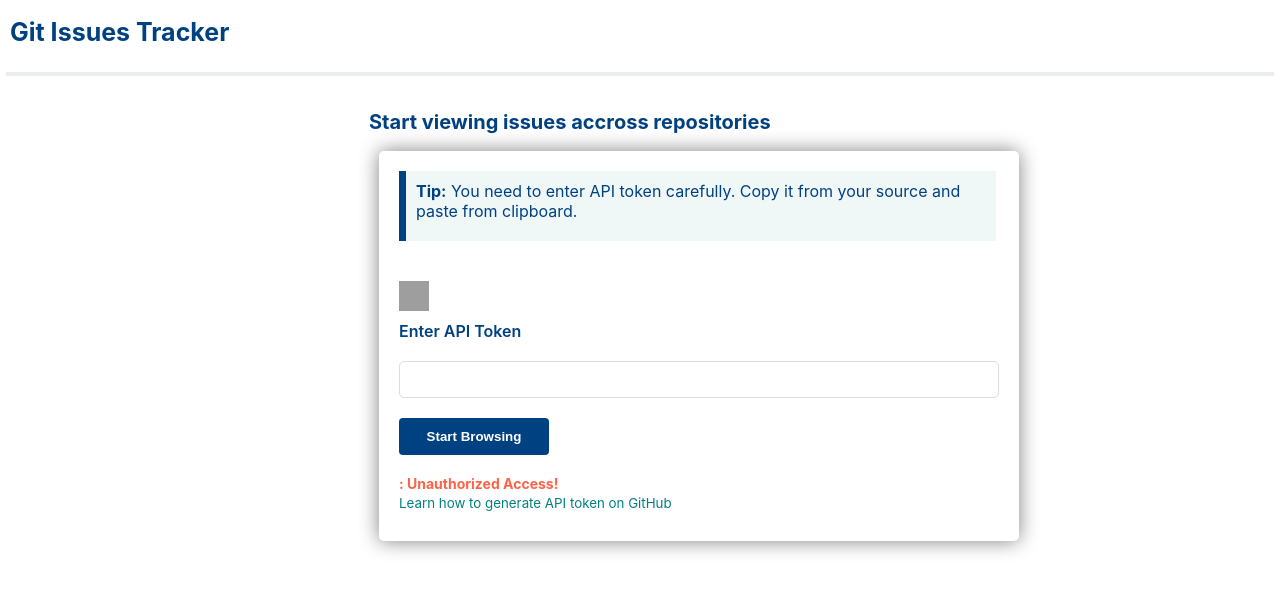
Repository: duzzisantos/github-repos-react-graphql
Page: /
These files come from the project's save history. The page is drawn as it stood at one moment and after the next save; the edit follows.
The browser window is 1280 px wide. The pictures show the whole page.
Pictures or frames that could not be fetched are drawn as grey boxes. The project was rebuilt for these pictures with package versions that can differ from the ones it lists, and the page was loaded fresh each time. Also part of the build but not shown: src/components/table/tables.scss, src/components/table/Filters.tsx, src/components/table/Pagination.tsx, src/components/table/TableComponent.tsx, src/components/table/columnHelpers.ts, src/utilities/funtions.ts, src/pages/Repositories.tsx, src/pages/ViewRepository.tsx.

Above is the page before, as saved 2024-06-17 21:25:12.

### src/index.tsx
import React from "react";
import ReactDOM from "react-dom/client";
import "./index.css";
import App from "./App";
import reportWebVitals from "./reportWebVitals";
import { BrowserRouter } from "react-router-dom";
import { ApolloProvider } from "@apollo/client";
import client from "./api/apolloClient";

const root = ReactDOM.createRoot(
  document.getElementById("root") as HTMLElement
);
root.render(
  <React.StrictMode>
    <BrowserRouter>
      <ApolloProvider client={client}>
        <App />
      </ApolloProvider>
    </BrowserRouter>
  </React.StrictMode>
);

// If you want to start measuring performance in your app, pass a function
// to log results (for example: reportWebVitals(console.log))
// or send to an analytics endpoint. Learn more: https://bit.ly/CRA-vitals
reportWebVitals();

### src/App.tsx
import React from "react";
import "./App.scss";
import "./App.css";
import { Routes, Route } from "react-router-dom";
import StartPage from "./pages/StartPage";
import Repositories from "./pages/Repositories";
import ViewRepository from "./pages/ViewRepository";

function App() {
  return (
    <div className="App">
      <h1>Git Issues Tracker</h1>
      <hr />

      <Routes>
        <Route path="/" element={<StartPage />} />
        <Route path="/start" element={<StartPage />} />
        <Route path="/repositories" element={<Repositories />} />
        <Route path="/owner/repositoryName" element={<ViewRepository />} />
      </Routes>
    </div>
  );
}

export default App;

### src/api/apolloClient.ts
import { ApolloClient, InMemoryCache, createHttpLink } from "@apollo/client";
import { setContext } from "@apollo/client/link/context";

const http = createHttpLink({
  uri: "https://api.github.com/graphql",
});

const auth = setContext((_, { headers }) => {
  const apiToken = "";

  return {
    headers: {
      ...headers,
      authorization: apiToken ? `Bearer ${apiToken}` : "",
    },
  };
});

const client = new ApolloClient({
  link: auth.concat(http),
  cache: new InMemoryCache(),
});

export default client;

### src/App.scss
/* Sass variables declared here: */

$color-dark: #212529;
$color-blue: rgb(0, 65, 130);
$color-teal: teal;
$padding-10: 10px;
$padding-20: $padding-10 * 2;
$padding-40: $padding-20 * 2;
$selected-display: flex;
$row: row;
$column: column;
$mb-20: 20px;
$mb-40: $mb-20 * 2;
$fw-600: 600;
$rounded-box: 5px;
$input-border: 1px solid rgb(221, 221, 221);

/* Main and start page styles*/
.App {
  display: flex;
  flex-direction: column;
}

.container {
  width: 98.8%;
  padding: $padding-10 $padding-10;
  display: flex;
  flex-direction: $column;
  justify-content: center;
  bottom: 0;
  margin-left: auto;
  color: $color-blue;
}

h1 {
  font-size: 25px;
  padding: 0 $padding-10;
  color: $color-blue;
}

h2 {
  font-size: 20px;
}

hr {
  border: 2px solid rgb(236, 238, 238);
  width: 98.8%;
}

form {
  width: 600px;
  height: 350px;
  margin-left: 10px;
  border-radius: $rounded-box;
  box-shadow: 0px 0px 20px gray;
  padding: $padding-20 $padding-20;
}

.form-group {
  display: $selected-display;
  flex-direction: $column;
}

.user-tip {
  height: 50px;
  width: 95%;
  padding: $padding-10 $padding-10;
  margin-bottom: $mb-40;
  border-left: 7px solid $color-blue;
  background-color: rgb(239, 247, 247);
}

.banner-info {
  color: $color-teal;
  font-size: 14px;
}

.banner-danger {
  @extend .banner-info;
  color: tomato;
}

.git-image {
  height: 30px;
  width: 30px;
  margin-bottom: 10px;
}

label {
  margin-bottom: $mb-20;
  font-weight: $fw-600;
}

#apiToken {
  @extend label;
  padding: 10px;
  border: $input-border;
  border-radius: $rounded-box;
}

/* Buttons */
.primary-btn {
  @extend label;
  width: 25%;
  padding: $padding-10;
  background-color: $color-blue;
  border: 1px solid transparent;
  border-radius: 4px;
  color: white;
}

button:hover {
  cursor: pointer;
}

.transparent-btn {
  @extend .primary-btn;
  background-color: white;
  color: $color-blue;
  border: 1px solid whitesmoke;
}

.transparent-btn:hover {
  background-color: $color-blue;
  color: white;
}

.action-btn {
  background-color: $color-teal;
  border: 1px solid transparent;
  color: white;
  border-radius: $rounded-box;
}

.read-docs {
  text-decoration: none;
  color: $color-blue;
}

.read-docs:hover {
  text-decoration-line: underline;
}

/* Content styles*/
.content-display {
  width: 90vw;
  overflow: auto;
  box-shadow: 0px 0px 15px gray;
  padding: $padding-10 $padding-10;
  margin-top: $mb-20;
  border-radius: $rounded-box;
}

.content-display > .display-items {
  width: 220%;
  position: relative;
}

.view-details {
  width: 45%;
  margin-top: $mb-20;
}

/* Miscellaneous styles */
a {
  text-decoration: none;
  color: $color-teal;
}

a:hover {
  text-decoration-line: underline;
}

### src/App.css
.container {
  width: 90%;
  align-items: center;
  justify-content: center;
  bottom: 0;
  padding: 10px 10px;
}

.display-items {
  width: 100%;
  display: flex;
  flex-direction: row;
  flex-wrap: wrap;
  gap: 1.5%;
}

.small-card {
  width: 300px;
  height: 120px;
  display: flex;
  flex-direction: column;
  justify-content: center;
  text-align: center;
  box-shadow: 0px 0px 3px gray;
}

### src/pages/StartPage.tsx
import React from "react";
import Container from "src/components/Container";
import Form from "src/components/Form";

const StartPage = () => {
  return (
    <Container
      pageSubTitle="Start viewing issues accross repositories"
      children={<Form />}
    />
  );
};

export default StartPage;

### src/components/Container.tsx
import React from "react";

interface ContainerProps {
  pageSubTitle: string;
  repositoryOwner?: string;
  children: any;
}

const Container = ({
  pageSubTitle,
  children,
  repositoryOwner,
}: ContainerProps) => {
  return (
    <main className="container">
      <section>
        <h2>{pageSubTitle}</h2>
        {repositoryOwner && <h3>{`BY: ${repositoryOwner}`}</h3>}
        {children}
      </section>
    </main>
  );
};

export default Container;

### src/components/Form.tsx
import React, { useState } from "react";
import { useNavigate } from "react-router-dom";
import { useLazyQuery } from "@apollo/client";
import { GET_ALL_REPOSITORIES } from "src/api/queryhelper";
//We need to specify the types of data we would be utilizing as state

const Form = () => {
  const [apiToken, setApiToken] = useState("");
  const [apiPayLoad, setApiPayload] = useState([]);
  const [getRepositories, { loading, error, data }] = useLazyQuery(
    GET_ALL_REPOSITORIES,
    {
      variables: {
        apiToken: apiToken,
      },
    }
  );

  const navigate = useNavigate();

  const handleChange = (e: any) => {
    setApiToken(e.target.value);
  };

  const handleSubmit = () => {
    //We make the GraphQL API call here
    getRepositories()
      .then((res: any) => {
        console.log(res.data);
        setApiPayload(res.data.viewer.repositories.nodes);
      })
      .catch((err) => {
        console.warn(err?.message);
      });
  };

  if (data) {
    navigate("/repositories", {
      state: {
        //this is the result we want to consume as we navigate to the /repositories route
        data: data.viewer.repositories.nodes,
        error: error,
        loading: loading,
        apiPayLoad,
      },
    });
  }

  return (
    <form>
      <div className="user-tip">
        <strong> Tip:</strong> You need to enter API token carefully. Copy it
        from your source and paste from clipboard.
      </div>

      <div className="form-group">
        <img
          src="https://upload.wikimedia.org/wikipedia/commons/thumb/c/c2/GitHub_Invertocat_Logo.svg/1200px-GitHub_Invertocat_Logo.svg.png"
          alt="git"
          className="git-image"
        />
        <label htmlFor="apiToken">Enter API Token</label>
        <input
          type="text"
          name="apiToken"
          id="apiToken"
          value={apiToken}
          onChange={handleChange}
        />
        <button className="primary-btn" type="button" onClick={handleSubmit}>
          Start Browsing
        </button>

        <div className="banner-info">
          <strong>{loading ? "Redirecting...." : data && "Success"}</strong>
        </div>
        <div className="banner-danger">
          <strong>{error && error.message}: Unauthorized Access!</strong>
        </div>
      </div>
      <small className="form-text" id="info">
        <a
          title="Read short documentation"
          href="https://docs.github.com/en/authentication/keeping-your-account-and-data-secure/managing-your-personal-access-tokens"
        >
          Learn how to generate API token on GitHub
        </a>
      </small>
    </form>
  );
};

export default Form;

### src/api/queryhelper.ts
import { gql } from "@apollo/client";

const GET_ALL_REPOSITORIES = gql`
  query {
    viewer {
      repositories(first: 50) {
        nodes {
          id
          name
          owner {
            login
          }
          visibility
          stargazerCount
          forkCount
          url
          issues {
            totalCount
          }
          licenseInfo {
            name
          }
          updatedAt
          createdAt
        }
      }
    }
  }
`;

const GET_REPOSITORY_BY_NAME = gql`
  query ($name: NAME!) {
    node(name: $name) {
      ... on Repository {
        id
        name
        owner {
          login
        }
        visibility
        stargazerCount
        forkCount
        url
        issues {
          totalCount
        }
        licenseInfo {
          name
        }
        updatedAt
        createdAt
      }
    }
  }
`;

export { GET_ALL_REPOSITORIES, GET_REPOSITORY_BY_NAME };

Loaded but not shown: public/index.html (common file); src/index.css (common file); src/reportWebVitals.ts (common file)

After the next save:
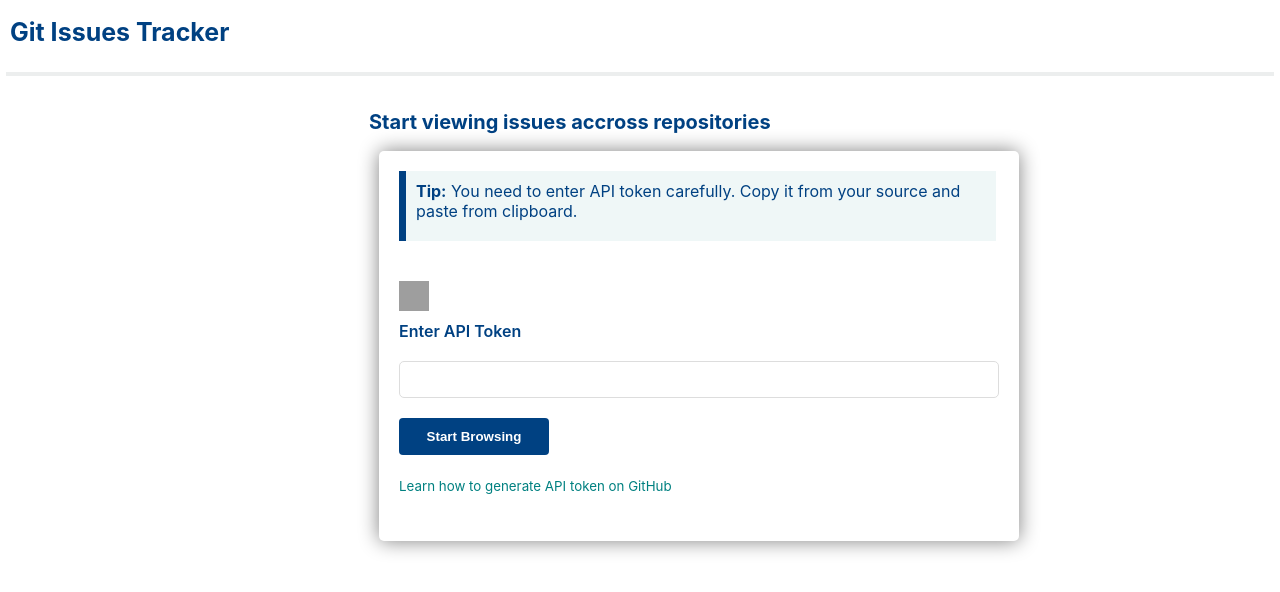
Saved 74 s later.
--- a/src/components/Form.tsx
+++ b/src/components/Form.tsx
@@ -75,7 +75,7 @@ const Form = () => {
           <strong>{loading ? "Redirecting...." : data && "Success"}</strong>
         </div>
         <div className="banner-danger">
-          <strong>{error && error.message}: Unauthorized Access!</strong>
+          <strong>{error && `${error.message} : Unauthorized Access!`}</strong>
         </div>
       </div>
       <small className="form-text" id="info">
